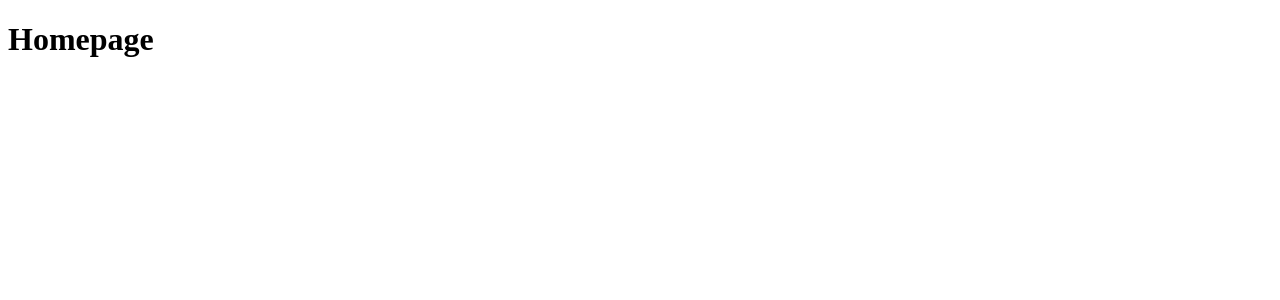
Repository: Rupam1210/servlet
Page: week6_/WebContent/index.html
An editor plug-in stored every save of this project. The page is shown before and after the next save, followed by the edit.
The browser window is 1280 px wide. The pictures show the whole page.

Above is the page before, as saved 2024-03-05 16:25:44.

After the next save:
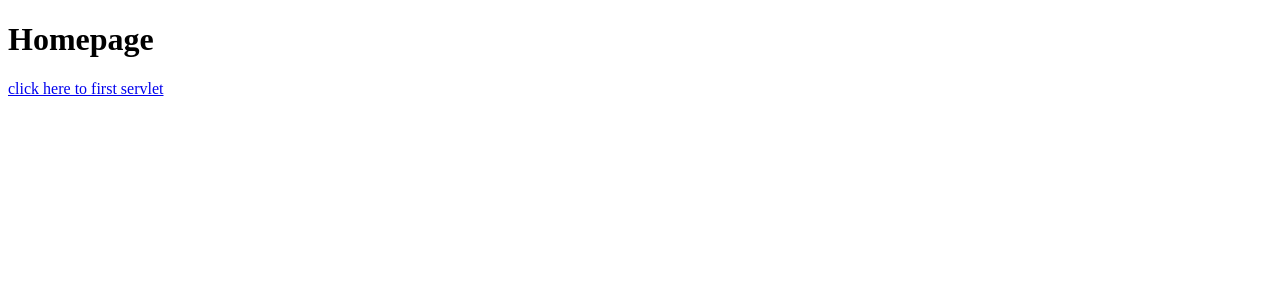
Saved 2 min 52 s later.
--- a/week6_/WebContent/index.html
+++ b/week6_/WebContent/index.html
@@ -6,5 +6,6 @@
 </head>
 <body>
 <h1>Homepage</h1>
+<a href="app">click here to first servlet</a>
 </body>
 </html>
